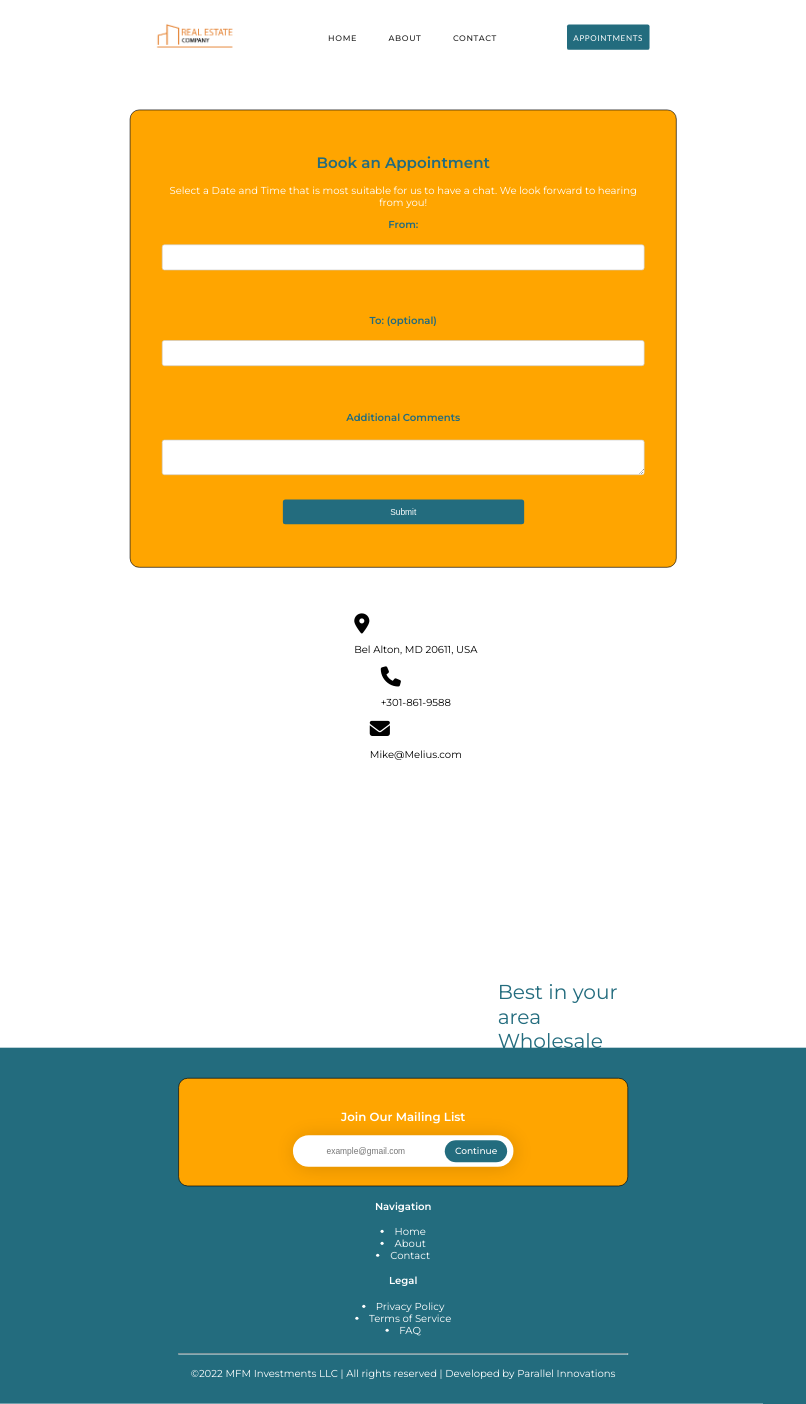
Repository: gabe126679/Mikes-site
Page: /Appointments
An editor plug-in stored every save of this project. The page is shown before and after the next save, followed by the edit.
The browser window is 1280 px wide. The pictures show the whole page, at 63% of full size.
Some web libraries are served in a nearby version. The project was rebuilt for these pictures with package versions that can differ from the ones it lists, and the page was loaded fresh each time. Also part of the build but not shown: src/components/Header.jsx, src/components/Howitworks.jsx, src/components/Contact.jsx, src/components/PageAbout.jsx, src/components/Bproperty.jsx, src/components/Item.js, src/components/CarouselItem.jsx, src/components/Properties.jsx and 5 more.

Above is the page before, as saved 2022-04-19 19:42:06.

### public/index.html
<!DOCTYPE html>
<html lang="en">
  <head>
    <meta charset="utf-8" />
    <link rel="icon" href="%PUBLIC_URL%/favicon.ico" />
    <meta name="viewport" content="width=device-width, initial-scale=1" />
    <meta name="theme-color" content="#000000" />
    <meta
      name="description"
      content="Web site created using create-react-app"
    />
    <link rel="apple-touch-icon" href="%PUBLIC_URL%/logo192.png" />

    <link rel="manifest" href="%PUBLIC_URL%/manifest.json" />
    <script src="https://kit.fontawesome.com/95dc93da07.js"></script>
    <title>Mike's Homes</title>
  </head>
  <body>
    <noscript>You need to enable JavaScript to run this app.</noscript>
    <div id="root"></div>

  </body>
</html>

### src/components/About.jsx
import React from 'react'
import aboutimage from '../images/hero.png';
import Contact from "./Contact"

function About() {
  return (
    <div className="about">
        <div className="about-model">
          <img src={aboutimage} alt="about image"/>
        </div>
        <div className="about-text">
          <h2>Best in your area <br/>Wholesale Real Estate</h2>
          <p>Lorem ipsum dolor sit, amet consectetur adipisicing elit. Minima aut libero at quod, eius vero enim, exercitationem ipsa repellendus magnam iure eaque placeat alias recusandae consequatur. Doloribus earum officia voluptatum veniam necessitatibus ratione dolor quam?</p>
          <button>View More Details</button>
          <h3>Get the Best Property</h3>
        </div>
    </div>
  )
}

export default About

### src/components/Appointments.jsx
import React from "react";
import styled from 'styled-components/macro';
import Navbar from "./Navbar";
import Form from "./AptForm";
import Footer from "./Footer";
import About from "./About";

const Section = styled.div`
  padding: 20px;
  display: flex;
  justify-content: center;
  align-items: center;
`;
const Break = styled.br`
@media (min-width: 768px) {
    display: none;
}
`;
const XBreak = styled.br`
@media (max-width: 768px) {
    display: none;
}
`;

const ABreak = styled.br`
@media (max-width: 970px) {
    display: none;
}
`;

const Appointments = () => {


  return (
    <div>
    <Section>

    <div className="form-contact">
        <Navbar/>
        <Form/>
        <br/>
        <br/>
        <br/>
        <br/>
        <br/>
        <br/>
        <ABreak/>
        <ABreak/>
        <ABreak/>
        <ABreak/>
        <ABreak/>
        <ABreak/>
        <About />
    </div>
    </Section>
    <ABreak/>
    <ABreak/>
    <ABreak/>
    <ABreak/>
    <ABreak/>
    <ABreak/>
    <ABreak/>
    <ABreak/>
    <ABreak/>
    <ABreak/>
    <ABreak/>
    <ABreak/>
    <Break/>
    <Break/>
    <Break/>
    <Break/>
    <Break/>
    <Break/>
    <Break/>
    <Break/>
    <Break/>
    <Break/>
    <Break/>
    <Break/>
    <Break/>
    <Break/>
    <Break/>
    <Break/>
    <Break/>
    <Break/>
    <Break/>
    <Break/>
    <Break/>
    <Break/>
    <Break/>
    <Break/>
    <Break/>

    <XBreak/>
    <XBreak/>
    <XBreak/>
    <XBreak/>
    <XBreak/>
    <XBreak/>
    <XBreak/>
    <XBreak/>
    <XBreak/>
    <XBreak/>
    <XBreak/>
    <XBreak/>
    <XBreak/>
    <XBreak/>
    <XBreak/>
    <XBreak/>
    <XBreak/>
    <XBreak/>
    <XBreak/>
    <XBreak/>
    <XBreak/>
    <XBreak/>
    <XBreak/>
    <XBreak/>
    <XBreak/>
    <XBreak/>
    <XBreak/>
    <XBreak/>
    <XBreak/>
    <XBreak/>
    <XBreak/>
    <XBreak/>
    <XBreak/>


    <Footer />
    </div>
  );
};

export default Appointments;

### src/components/Navbar.jsx
import React from 'react'
import logo from "../images/logo1.png"
import { Link } from "react-router-dom";

function Navbar() {
  return (
    <nav>
        <a href="/" className="logo">
            <img src={logo} alt="logo"/>
        </a>
        <input className="menu-btn" type="checkbox" id="menu-btn"/>
        <label className="menu-icon" for="menu-btn">
            <span className="nav-icon"></span>
        </label>
        <ul className="menu">
            <li><Link to="/" >Home</Link></li>
            <li><Link to="/about">About</Link></li>
            <li><Link to="/contact">Contact</Link></li>
        </ul>
        <Link to="/appointments" className="property">Appointments</Link>
        {/* <a href="/homes" className="property"></a> */}
    </nav>
  )
}

export default Navbar

### src/components/Footer.jsx
import React from "react";


const Footer = () => {
return (
    <div className="main-footer">
      <div className="container">
        <div className="row">
          {/* Column1 */}
          <div className="col">
            <div className="container-email">
                <h3>Join Our Mailing List</h3>
                <div className="contact-input">
                    <input type="email" placeholder="example@gmail.com"/>
                    <a href="#">Continue</a>
                </div>
            </div>
          </div>
          {/* Column2 */}
          <div className="col">
            <h4>Navigation</h4>
            <ui className="list-unstyled">
              <li>Home</li>
              <li>About</li>
              <li>Contact</li>
            </ui>
          </div>
          {/* Column3 */}
          <div className="col">
            <h4>Legal</h4>
            <ui className="list-unstyled">
              <li>Privacy Policy</li>
              <li>Terms of Service</li>
              <li>FAQ</li>
            </ui>
          </div>
          <br/>
        </div>
        <hr />
        <div className="row">
          <p className="disclaimer">
            &copy;{new Date().getFullYear()} MFM Investments LLC | All rights reserved |
            Developed by Parallel Innovations
          </p>
        </div>
        <br/>
      </div>
    </div>
);
};
export default Footer;

### src/components/AptForm.jsx
import React, { useState } from 'react'
import DatePicker from 'react-datepicker';
import 'react-datepicker/dist/react-datepicker.css'
import "./customDatePickerWidth.css";

function AptForm() {
    const [startDate, setStartDate] = useState(null);
    const [endDate, setEndDate] = useState(null);


  return (
    <div>
    <br/>
    <br/>
    <br/>
    <br/>
    <div className="container-email">
          <div  className="container border">
            <br/>
            <div className="container-sm">

            <h2 className="text-content">Book an  Appointment</h2>
            <p  >Select a Date and Time that is most suitable for us to have a chat. We look forward to hearing from you!</p>
            </div>
              <p className="text-content"> From: </p>
                <div className="customDatePickerWidth">
                    <DatePicker
                        selected={startDate}
                        onChange={(date) => {
                            setStartDate(date);
                            console.log(date);
                        }}
                        dateFormat="MM/dd/yyyy hh:mm a"
                        filterDate={date => date.getDay() !== 6 && date.getDay() !== 0}
                        isClearable
                        scrollableMonthYearDropdown
                        showTimeSelect
                        timeIntervals={15}
                    />
                </div>
                <br/>
                <br/>
              <p className="text-content"> To: (optional)</p>
                <div className="customDatePickerWidth">
                <DatePicker
                    selected={endDate}
                    onChange={(date) => {
                        setEndDate(date);
                        console.log(date);
                    }}
                    dateFormat="MM/dd/yyyy hh:mm a"
                    filterDate={date => date.getDay() !== 6 && date.getDay() !== 0}
                    isClearable
                    scrollableMonthYearDropdown
                    showTimeSelect
                    timeIntervals={15}
                    className="wide"
                />
                </div>
                <br/>
                <br/>
                <br/>

                <form id="contact-form" name="contact-form" action="mail.php" method="POST">
                    <div className="row">
                        <div className="col-md-12">
                            <div className="md-form">
                                <label for="comments">Additional Comments</label>
                                <br/>
                                <br/>
                                <textarea type="text" id="comments" name="comments" rows="2" className="form-control md-textarea"></textarea>
                            </div>
                            <br/>
                        </div>
                    </div>
                    <div className="text-center text-md-left d-flex justify-content-center">
                        <input type="submit" to="/"/>
                    </div>
                    <br/>
                    <br/>
                </form>


        </div>
        </div>
        <br/>
        <br/>
        <br/>
        <div className="row">
            <div className="col-md-3 text-center">
                <ul className="list-unstyled mb-0">
                    <li><i className="fas fa-map-marker-alt fa-2x"></i>
                        <p>Bel Alton, MD 20611, USA</p>
                    </li>

                    <li><i className="fas fa-phone mt-4 fa-2x"></i>
                        <p>+301-861-9588</p>
                    </li>

                    <li><i className="fas fa-envelope mt-4 fa-2x"></i>
                        <p>Mike@Melius.com</p>
                    </li>
                </ul>
            </div>
        </div>
        <br/>
  </div>
  )
}

export default AptForm

### src/components/customDatePickerWidth.css
.customDatePickerWidth,
.customDatePickerWidth > div.react-datepicker-wrapper,
.customDatePickerWidth > div > div.react-datepicker__input-container
.customDatePickerWidth > div > div.react-datepicker__input-container input {
   width: 100%;
}

.react-datepicker__input-container {
    width: inherit;
  }

  .react-datepicker-wrapper {
    width: 100%;
  }

Loaded but not shown: src/App.js (44 lines, source omitted); src/index.js (29 lines, source omitted); src/index.css (944 lines, source omitted)

After the next save:
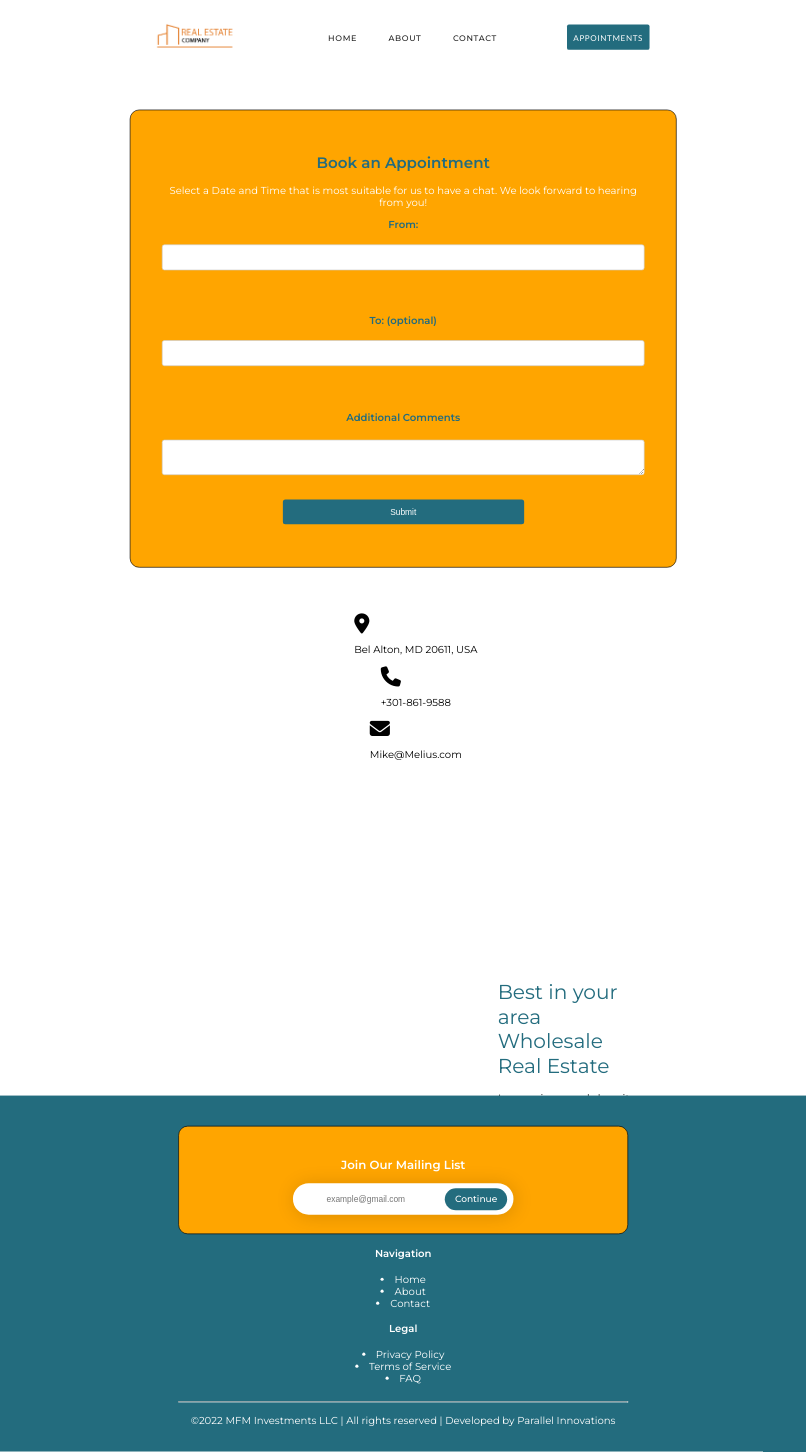
Saved 4 s later.
--- a/src/components/Appointments.jsx
+++ b/src/components/Appointments.jsx
@@ -124,6 +124,10 @@ const Appointments = () => {
     <XBreak/>
     <XBreak/>
     <XBreak/>
+    <XBreak/>
+    <XBreak/>
+    <XBreak/>
+    <XBreak/>
 
 
     <Footer />
